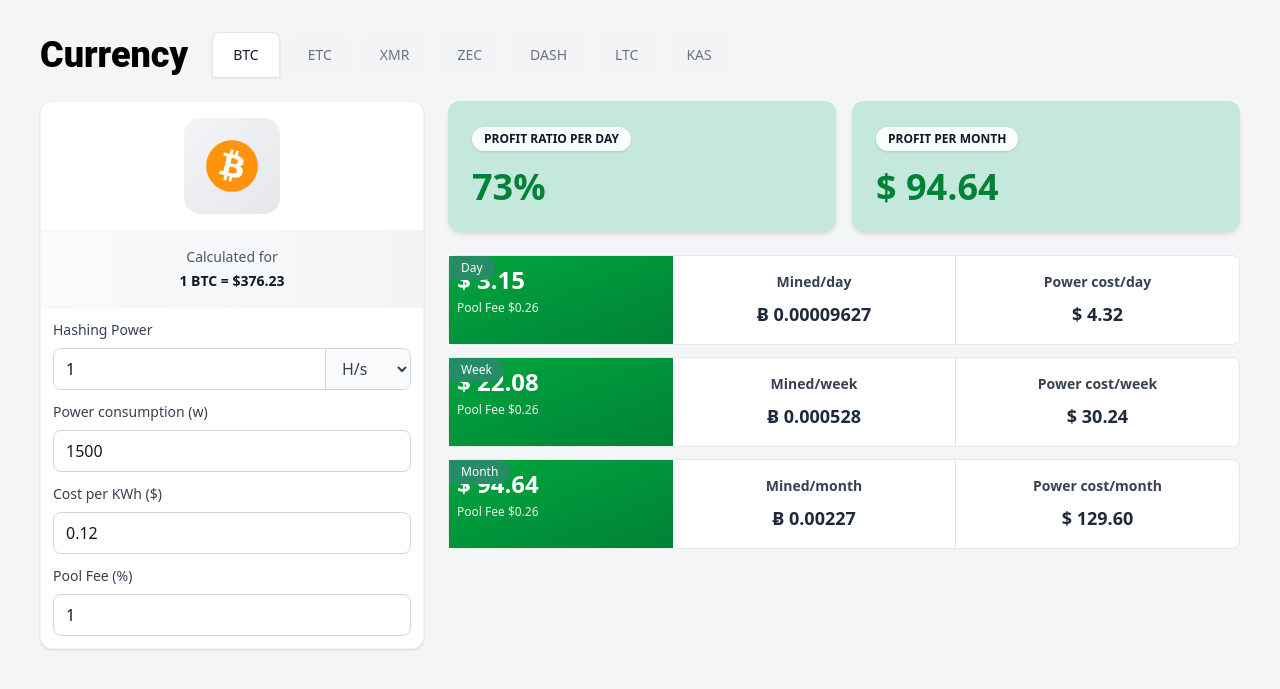
Repository: Bilal-Ahmad-CodeMaster/crypto-proj
Page: /
These files come from the project's save history. The page is drawn as it stood at one moment and after the next save; the edit follows.
The browser window is 1280 px wide. The pictures show the whole page.
The project was rebuilt for these pictures with package versions that can differ from the ones it lists, and the page was loaded fresh each time. The framework's server and built-in components were replaced by stand-ins that run in the browser. Also part of the build but not shown: next.config.ts.

Above is the page before, as saved 2025-11-25 22:44:18.

### src/app/layout.tsx
import './globals.css'
import React from 'react'


export const metadata = {
  title: 'Mining Dashboard',
}


export default function RootLayout({ children }: { children: React.ReactNode }) {
  return (
    <html lang="en">
      <body>
        {children}
      </body>
    </html>
  )
}

### src/app/page.tsx
'use client'
import React, { useState } from 'react'
import Tabs from './components/Tabs'
import HashingForm from './components/HashingForm'
import ResultCards from './components/ResultCards'


const currencies = [
  { id: 'btc', label: 'BTC' },
  { id: 'etc', label: 'ETC' },
  { id: 'xmr', label: 'XMR' },
  { id: 'zec', label: 'ZEC' },
  { id: 'dash', label: 'DASH' },
  { id: 'ltc', label: 'LTC' },
  { id: 'kas', label: 'KAS' }
]


export default function Page() {
  const [active, setActive] = useState('btc')


  return (
    <main className="min-h-screen p-8 bg-[#f3f5f7]">
      <div className="max-w-[1200px] mx-auto">
        <header className="flex items-center gap-6 mb-6">
          <h1 className="text-4xl font-extrabold text-black" style={{ fontFamily: '"Lobster", Roboto, Arial' }}>
            Currency
          </h1>
          <nav className="flex-1">
            <Tabs active={active} setActive={setActive} tabs={currencies} />
          </nav>
        </header>


        <div className="grid grid-cols-1 lg:grid-cols-3 gap-6">
          <div>
            <HashingForm active={active} />
          </div>


          <div className="lg:col-span-2">
            <ResultCards active={active} />
          </div>
        </div>
      </div>
    </main>
  )
}

### src/app/globals.css
@import "tailwindcss";

/* Small helpers to match the design exactly */
body {
  @apply bg-gray-50 font-sans text-gray-900 antialiased;
}

/* Hide focus indicators for all form inputs */
input:focus,
select:focus {
  outline: none !important;
  box-shadow: none;
}
.hashing-form input:focus,
.hashing-form select:focus {
  outline: none;

  box-shadow: none;
}
/* Chrome, Safari, Edge */
input[type="number"]::-webkit-inner-spin-button,
input[type="number"]::-webkit-outer-spin-button {
  -webkit-appearance: none;
  margin: 0;
}

### src/app/components/Tabs.tsx
'use client'
import React from 'react'

export default function Tabs({ active, setActive, tabs }: { active: string; setActive: (s: string) => void; tabs: { id: string; label: string }[] }) {
    return (
        <div className="flex gap-2 items-end">
            {tabs.map(t => (
                <button
                    key={t.id}
                    onClick={() => setActive(t.id)}
                    className={`px-5 py-3 rounded-t-lg text-sm font-medium transition-all ${active === t.id
                            ? 'bg-white text-gray-900 border-t border-l border-r border-gray-200 shadow-sm'
                            : 'text-gray-500 hover:text-gray-700 bg-gray-100 hover:bg-gray-200'
                        }`}
                    style={{ minWidth: 56 }}
                >
                    {t.label}
                </button>
            ))}
        </div>
    )
}

### src/app/components/HashingForm.tsx
'use client'
import Image from 'next/image'
import React from 'react'

export default function HashingForm({ active }: { active: string }) {
    return (
        <div className="bg-white rounded-xl shadow-sm border border-gray-100 overflow-hidden">
            <div className="p-4 border-b border-gray-100 flex items-center justify-center">
                <div className="w-24 h-24 bg-linear-to-br from-gray-100 to-gray-200 rounded-2xl flex items-center justify-center p-4">
                    <Image
                        src={`/${active.toLowerCase()}.png`}
                        alt="logo"
                        width={64}
                        height={64}
                        className="object-contain"
                    />
                </div>
            </div>

            <div className="bg-linear-to-r from-gray-50 to-gray-100 text-center py-4 text-sm text-gray-600 border-b border-gray-100">
                Calculated for
                <div className="font-semibold text-gray-900 mt-1">1 {active.toUpperCase()} = $376.23</div>
            </div>

            <div className="p-3 space-y-3">
                <div>
                    <label className="block text-sm font-medium text-gray-700 mb-2">Hashing Power</label>
                    <div className="flex rounded-lg overflow-hidden border border-gray-300 focus-within:ring-2 focus-within:ring-blue-500 focus-within:border-blue-500 transition-all">
                        <input
                            type="number"
                            defaultValue={1}
                            className="flex-1 px-3 py-2 outline-none bg-white"
                        />
                        <select className="px-3 py-2 bg-gray-50 border-l border-gray-300 text-gray-700">
                            <option>H/s</option>
                            <option>KH/s</option>
                            <option>MH/s</option>
                            <option>GH/s</option>
                            <option>TH/s</option>
                        </select>
                    </div>
                </div>

                <div>
                    <label className="block text-sm font-medium text-gray-700 mb-2">Power consumption (w)</label>
                    <input
                        className="w-full px-3 py-2 border border-gray-300 rounded-lg focus:ring-2 focus:ring-blue-500 focus:border-blue-500 transition-all"
                        defaultValue={1500} type="number"
                    />
                </div>

                <div>
                    <label className="block text-sm font-medium text-gray-700 mb-2">Cost per KWh ($)</label>
                    <input
                        className="w-full px-3 py-2 border border-gray-300 rounded-lg focus:ring-2 focus:ring-blue-500 focus:border-blue-500 transition-all"
                        defaultValue={0.12} type="number"
                    />
                </div>

                <div>
                    <label className="block text-sm font-medium text-gray-700 mb-2">Pool Fee (%)</label>
                    <input
                        className="w-full px-3 py-2 border border-gray-300 rounded-lg focus:ring-2 focus:ring-blue-500 focus:border-blue-500 transition-all"
                        defaultValue={1} type="number"
                    />
                </div>
            </div>
        </div>
    )
}

### src/app/components/ResultCards.tsx
'use client'
import React from 'react'

interface StatRowProps {
    title: string;
    money: string;
    mined: string;
    powerCost: string;
    poolFee: string;
    positive?: boolean;
}

function StatRow({ title, money, mined, powerCost, poolFee, positive = true }: StatRowProps) {
    return (
        <div className="mb-3 rounded-lg border border-gray-200 bg-white hover:shadow-sm transition-all">
            <div className="flex">
                {/* First part with background color */}
                <div className={`w-56 p-2 text-white relative ${positive ? 'bg-linear-to-br from-green-600 to-green-700' : 'bg-linear-to-br from-red-500 to-red-600'}`}>
                    <div className="text-xs font-medium bg-[#258C66] inline-block px-3 py-1 rounded-r-full mb-3 absolute top-0 left-0 ${positive ? 'bg-linear-to-br from-green-600 to-green-700' : 'bg-'}">{title}</div>
                    <div className="text-2xl font-bold mb-1">{money}</div>
                    <div className="text-xs opacity-90">Pool Fee $0.26</div>
                </div>

                {/* Second and third parts without background color */}
                <div className="flex-1 grid grid-cols-2 items-center">
                    {/* Mined Column */}
                    <div className="text-center border-r border-gray-200 py-4">
                        <div className="text-sm font-semibold text-gray-700 mb-2">Mined/{title.toLowerCase()}</div>
                        <div className="text-lg font-bold text-gray-800">{mined}</div>
                    </div>

                    {/* Power Cost Column */}
                    <div className="text-center py-4">
                        <div className="text-sm font-semibold text-gray-700 mb-2">Power cost/{title.toLowerCase()}</div>
                        <div className="text-lg font-bold text-gray-800">{powerCost}</div>
                    </div>
                </div>
            </div>
        </div>
    )
}

export default function ResultCards({ active }: { active: string }) {
    const positive = active !== 'etc'

    // Get currency symbol based on active tab
    const getCurrencySymbol = () => {
        switch (active.toLowerCase()) {
            case 'btc': return 'Ƀ'
            case 'etc': return 'Ξ'
            case 'xmr': return 'ɱ'
            case 'zec': return 'ⓩ'
            case 'dash': return 'Đ'
            case 'ltc': return 'Ł'
            case 'kas': return 'Ҝ'
            default: return 'Ƀ'
        }
    }

    const currencySymbol = getCurrencySymbol()

    return (
        <div>
            <div className="grid grid-cols-2 gap-4 mb-6">
                <div className={`rounded-xl p-6 shadow-md ${positive ? 'bg-[#C4E8DB]' : 'bg-[#FFE0E0]'}`}>
                    <div className="text-xs font-semibold bg-white/90 inline-block px-3 py-1 rounded-full shadow">PROFIT RATIO PER DAY</div>
                    <div className={`text-4xl font-bold mt-4 ${positive ? 'text-green-700' : 'text-red-700'}`}>{positive ? '73%' : '-70%'}</div>
                </div>


                <div className={`rounded-xl p-6 shadow-md ${positive ? 'bg-[#C4E8DB]' : 'bg-[#FFE0E0]'}`}>
                    <div className="text-xs font-semibold bg-white/90 inline-block px-3 py-1 rounded-full shadow">PROFIT PER MONTH</div>
                    <div className={`text-4xl font-bold mt-4 ${positive ? 'text-green-700' : 'text-red-700'}`}>{positive ? '$ 94.64' : '$ -90.66'}</div>
                </div>
            </div>


            {/* Time Period Cards */}
            <div>
                <StatRow
                    title="Day"
                    money="$ 3.15"
                    mined={`${currencySymbol} 0.00009627`}
                    powerCost="$ 4.32"
                    poolFee="$ 0.07550"
                    positive={positive}
                />
                <StatRow
                    title="Week"
                    money="$ 22.08"
                    mined={`${currencySymbol} 0.000528`}
                    powerCost="$ 30.24"
                    poolFee="$ 0.528"
                    positive={positive}
                />
                <StatRow
                    title="Month"
                    money="$ 94.64"
                    mined={`${currencySymbol} 0.00227`}
                    powerCost="$ 129.60"
                    poolFee="$ 2.27"
                    positive={positive}
                />
            </div>
        </div>
    )
}

After the next save:
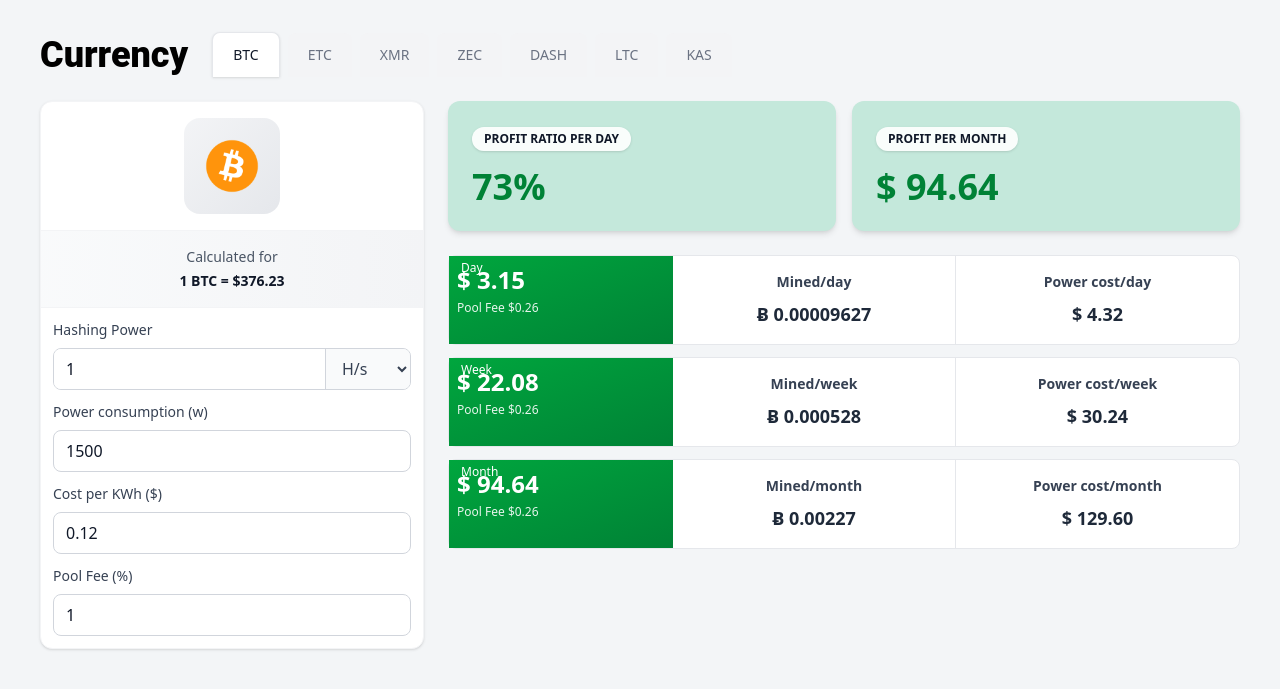
Saved 9 s later.
--- a/src/app/components/ResultCards.tsx
+++ b/src/app/components/ResultCards.tsx
@@ -16,7 +16,7 @@
             <div className="flex">
                 {/* First part with background color */}
                 <div className={`w-56 p-2 text-white relative ${positive ? 'bg-linear-to-br from-green-600 to-green-700' : 'bg-linear-to-br from-red-500 to-red-600'}`}>
-                    <div className="text-xs font-medium bg-[#258C66] inline-block px-3 py-1 rounded-r-full mb-3 absolute top-0 left-0 ${positive ? 'bg-linear-to-br from-green-600 to-green-700' : 'bg-'}">{title}</div>
+                    <div className="text-xs font-medium inline-block px-3 py-1 rounded-r-full mb-3 absolute top-0 left-0 ${positive ? 'bg-linear-to-br from-green-600 to-green-700' : 'bg-'}">{title}</div>
                     <div className="text-2xl font-bold mb-1">{money}</div>
                     <div className="text-xs opacity-90">Pool Fee $0.26</div>
                 </div>

After the 5 saves that followed:
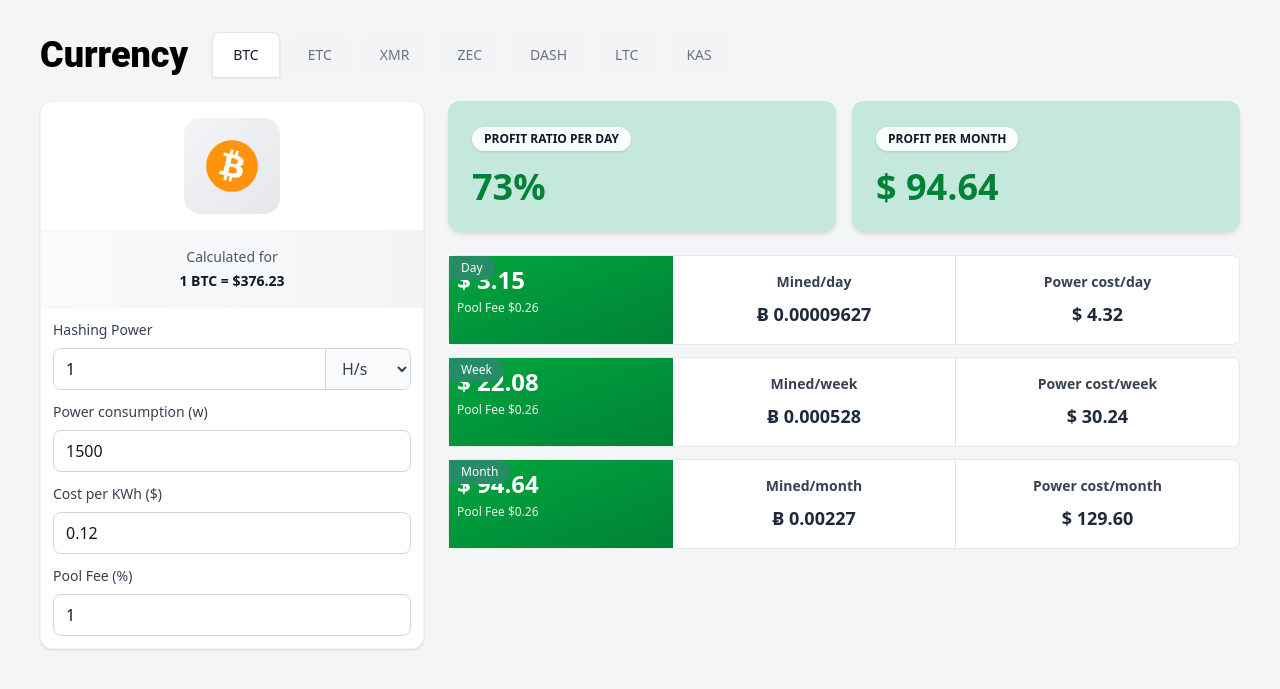
The 5 saves are shown as one change because 2 did not build or start and 1 left the picture as it was and some came seconds apart.
The last was saved 64 s later.
--- a/src/app/components/ResultCards.tsx
+++ b/src/app/components/ResultCards.tsx
@@ -16,7 +16,7 @@
             <div className="flex">
                 {/* First part with background color */}
                 <div className={`w-56 p-2 text-white relative ${positive ? 'bg-linear-to-br from-green-600 to-green-700' : 'bg-linear-to-br from-red-500 to-red-600'}`}>
-                    <div className="text-xs font-medium inline-block px-3 py-1 rounded-r-full mb-3 absolute top-0 left-0 ${positive ? 'bg-linear-to-br from-green-600 to-green-700' : 'bg-'}">{title}</div>
+                    <div className={`text-xs font-medium inline-block px-3 py-1 rounded-r-full mb-3 absolute top-0 left-0 ${positive ? 'bg-[#258C66]' : 'bg-[#C14848]'}`}>{title}</div>
                     <div className="text-2xl font-bold mb-1">{money}</div>
                     <div className="text-xs opacity-90">Pool Fee $0.26</div>
                 </div>
